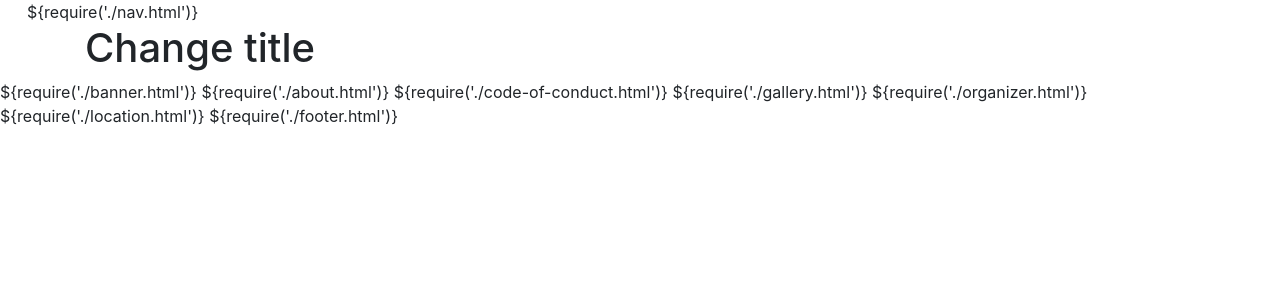
Repository: pyladiesbkk/pyladies-web
Page: src/index.html
The author's editor kept a copy of each file at every save. The page is drawn from the files as they stood at one save, then again after the next save.
The browser window is 1280 px wide. The pictures show the whole page.
Some web libraries are served in a nearby version.

Above is the page before, as saved 2019-10-20 14:26:14.

After the next save:
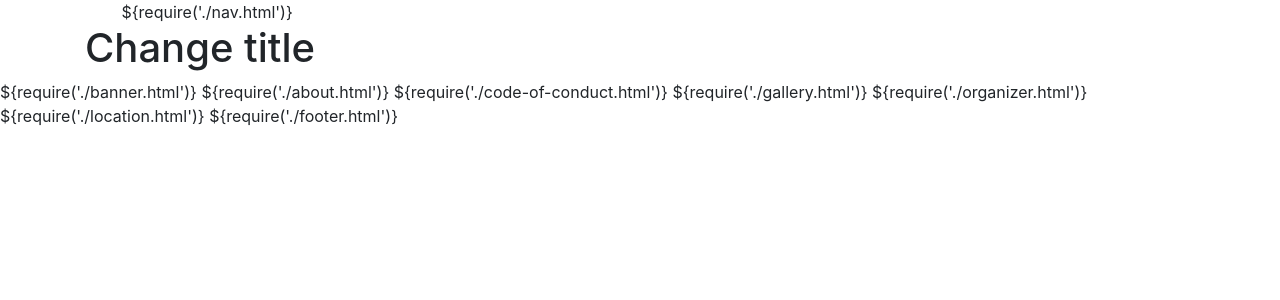
Saved 10 s later.
--- a/src/index.html
+++ b/src/index.html
@@ -6,14 +6,7 @@
   <meta http-equiv="X-UA-Compatible" content="ie=edge">
 
 <!--    -->
-<!--   <link rel="shortcut icon" type="image/png" rel="apple-touch-icon" sizes="57x57" href="/favicon.ico/apple-icon-57x57.png">
-  <link rel="shortcut icon" type="image/png" rel="apple-touch-icon" sizes="60x60" href="/favicon.ico/apple-icon-60x60.png">
-  <link rel="shortcut icon" type="image/png" rel="apple-touch-icon" sizes="72x72" href="/favicon.ico/apple-icon-72x72.png">
-  <link rel="shortcut icon" type="image/png" rel="apple-touch-icon" sizes="76x76" href="/favicon.ico/apple-icon-76x76.png">
-  <link rel="shortcut icon" type="image/png" rel="apple-touch-icon" sizes="114x114" href="/favicon.ico/apple-icon-114x114.png">
-  <link rel="shortcut icon" type="image/png" rel="apple-touch-icon" sizes="120x120" href="/favicon.ico/apple-icon-120x120.png">
-  <link rel="shortcut icon" type="image/png" rel="apple-touch-icon" sizes="144x144" href="/favicon.ico/apple-icon-144x144.png">
-  <link rel="shortcut icon" type="image/png" rel="apple-touch-icon" sizes="152x152" href="/favicon.ico/apple-icon-152x152.png"> -->
+<!--    -->
 <!--   <link rel="shortcut icon" type="image/png" rel="apple-touch-icon" sizes="180x180" href="/favicon.ico/apple-icon-180x180.png"> -->
 <!--   <link rel="manifest" href="/favicon.ico/manifest.json"> -->
   <link rel="stylesheet" href="https://maxcdn.bootstrapcdn.com/bootstrap/4.0.0/css/bootstrap.min.css" integrity="sha384-Gn5384xqQ1aoWXA+058RXPxPg6fy4IWvTNh0E263XmFcJlSAwiGgFAW/dAiS6JXm" crossorigin="anonymous">
@@ -23,6 +16,14 @@
   <link rel="icon" type="image/png" href="/favicon.ico/favicon-16x16.png" sizes="16x16">
   <link rel="icon" type="image/png" href="/favicon.ico/favicon-32x32.png" sizes="32x32">
   <link rel="icon" type="image/png" href="/favicon.ico/favicon-96x96.png" sizes="96x96">
+<link rel="shortcut icon" type="image/png" rel="apple-touch-icon" sizes="57x57" href="/favicon.ico/apple-icon-57x57.png">
+  <link rel="shortcut icon" type="image/png" rel="apple-touch-icon" sizes="60x60" href="/favicon.ico/apple-icon-60x60.png">
+  <link rel="shortcut icon" type="image/png" rel="apple-touch-icon" sizes="72x72" href="/favicon.ico/apple-icon-72x72.png">
+  <link rel="shortcut icon" type="image/png" rel="apple-touch-icon" sizes="76x76" href="/favicon.ico/apple-icon-76x76.png">
+  <link rel="shortcut icon" type="image/png" rel="apple-touch-icon" sizes="114x114" href="/favicon.ico/apple-icon-114x114.png">
+  <link rel="shortcut icon" type="image/png" rel="apple-touch-icon" sizes="120x120" href="/favicon.ico/apple-icon-120x120.png">
+  <link rel="shortcut icon" type="image/png" rel="apple-touch-icon" sizes="144x144" href="/favicon.ico/apple-icon-144x144.png">
+  <link rel="shortcut icon" type="image/png" rel="apple-touch-icon" sizes="152x152" href="/favicon.ico/apple-icon-152x152.png">
   <title>Pyladies BKK</title>
 </head>
 <body>
